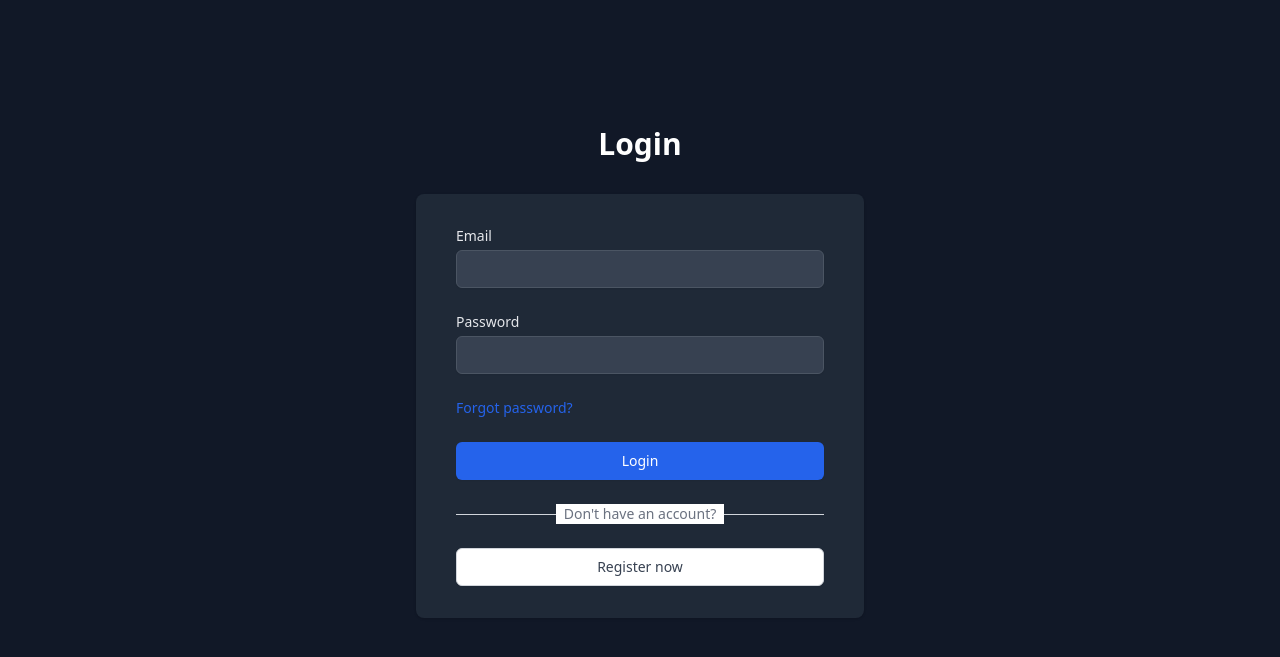
Repository: sotowang/app-landing-page
Page: /login
The author's editor kept a copy of each file at every save. The page is drawn from the files as they stood at one save, then again after the next save.
The browser window is 1280 px wide. The pictures show the whole page.
The page's requests for data from a server got no answer. The project was rebuilt for these pictures with package versions that can differ from the ones it lists, and the page was loaded fresh each time. The framework's server and built-in components were replaced by stand-ins that run in the browser. No one was signed in, and anything a server would have sent is missing. Also part of the build but not shown: next.config.js.

Above is the page before, as saved 2025-05-23 22:20:52.

After the next save:
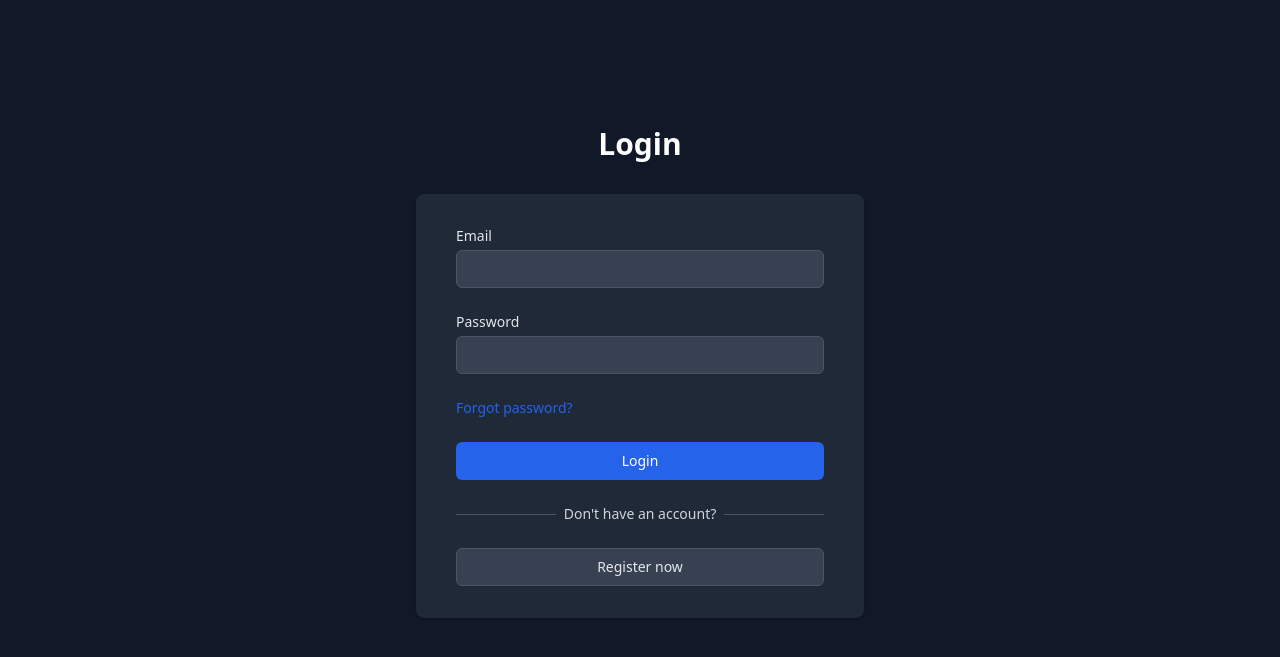
Saved 25 s later.
--- a/app/login/page.tsx
+++ b/app/login/page.tsx
@@ -285,10 +285,10 @@ export default function LoginPage() {
           <div className="mt-6">
             <div className="relative">
               <div className="absolute inset-0 flex items-center">
-                <div className="w-full border-t border-gray-300"></div>
+                <div className="w-full border-t border-gray-600"></div>
               </div>
               <div className="relative flex justify-center text-sm">
-                <span className="px-2 bg-white text-gray-500">
+                <span className="px-2 bg-gray-800 text-gray-300">
                   {t.noAccount}
                 </span>
               </div>
@@ -298,7 +298,7 @@ export default function LoginPage() {
           <div className="mt-6">
             <Link
               href="/register"
-              className="w-full flex justify-center py-2 px-4 border border-gray-300 rounded-md shadow-sm text-sm font-medium text-gray-700 bg-white hover:bg-gray-50 focus:outline-none focus:ring-2 focus:ring-offset-2 focus:ring-blue-500"
+              className="w-full flex justify-center py-2 px-4 border border-gray-600 rounded-md shadow-sm text-sm font-medium text-gray-200 bg-gray-700 hover:bg-gray-600 focus:outline-none focus:ring-2 focus:ring-offset-2 focus:ring-blue-500"
             >
               {t.register}
             </Link>
